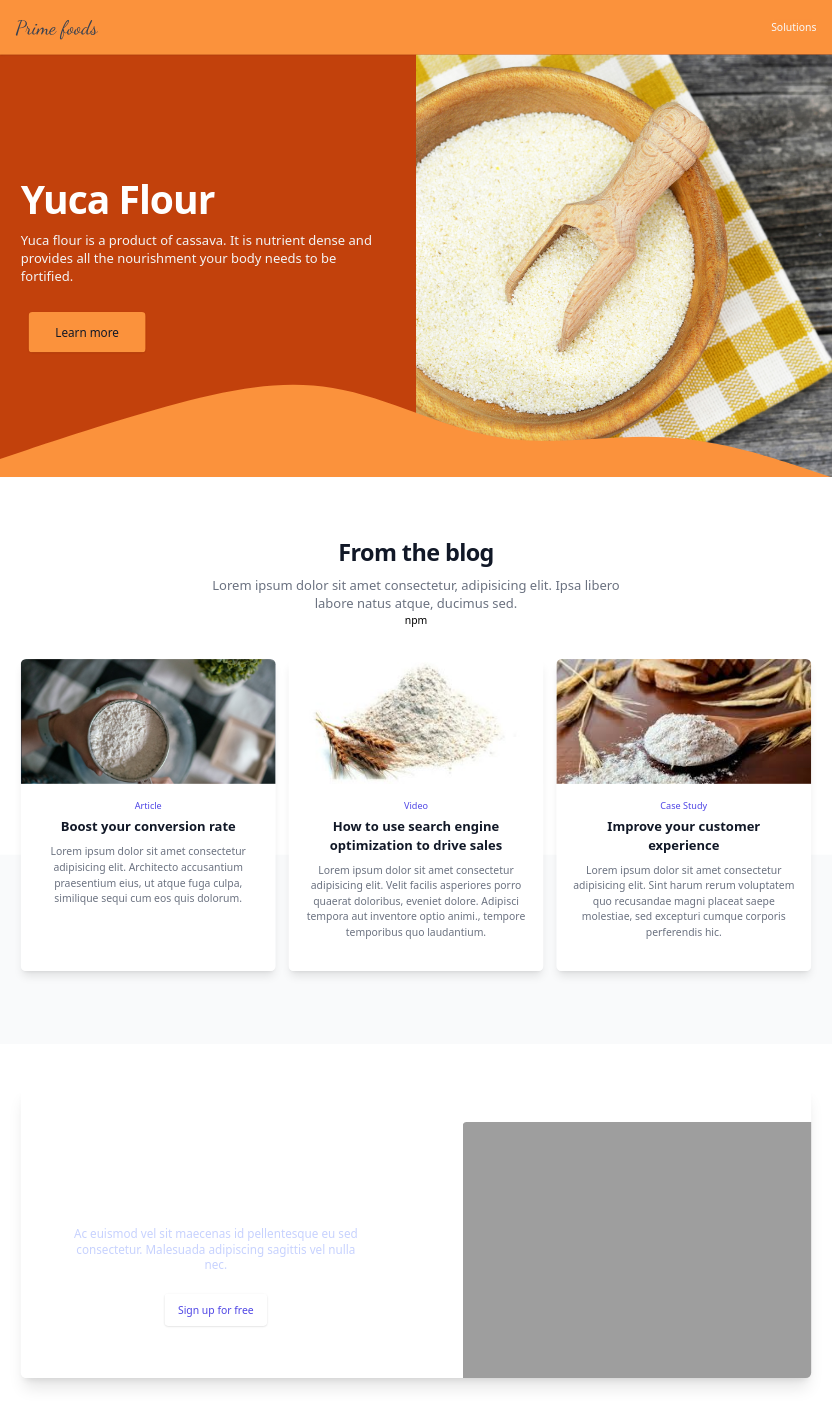
Repository: bellatrick/prime-foods
Page: /
An editor plug-in stored every save of this project. The page is shown before and after a run of saves, followed by the edit.
The browser window is 1280 px wide. The pictures show the whole page, at 65% of full size.
Pictures or frames that could not be fetched are drawn as grey boxes. Some web fonts or font styles are not loaded; a fallback is used. The project was rebuilt for these pictures with package versions that can differ from the ones it lists, and the page was loaded fresh each time. A package was used in the major version that the imports need, not the one package.json lists.

Above is the page before, as saved 2022-04-30 20:01:42.

After the next 2 saves:
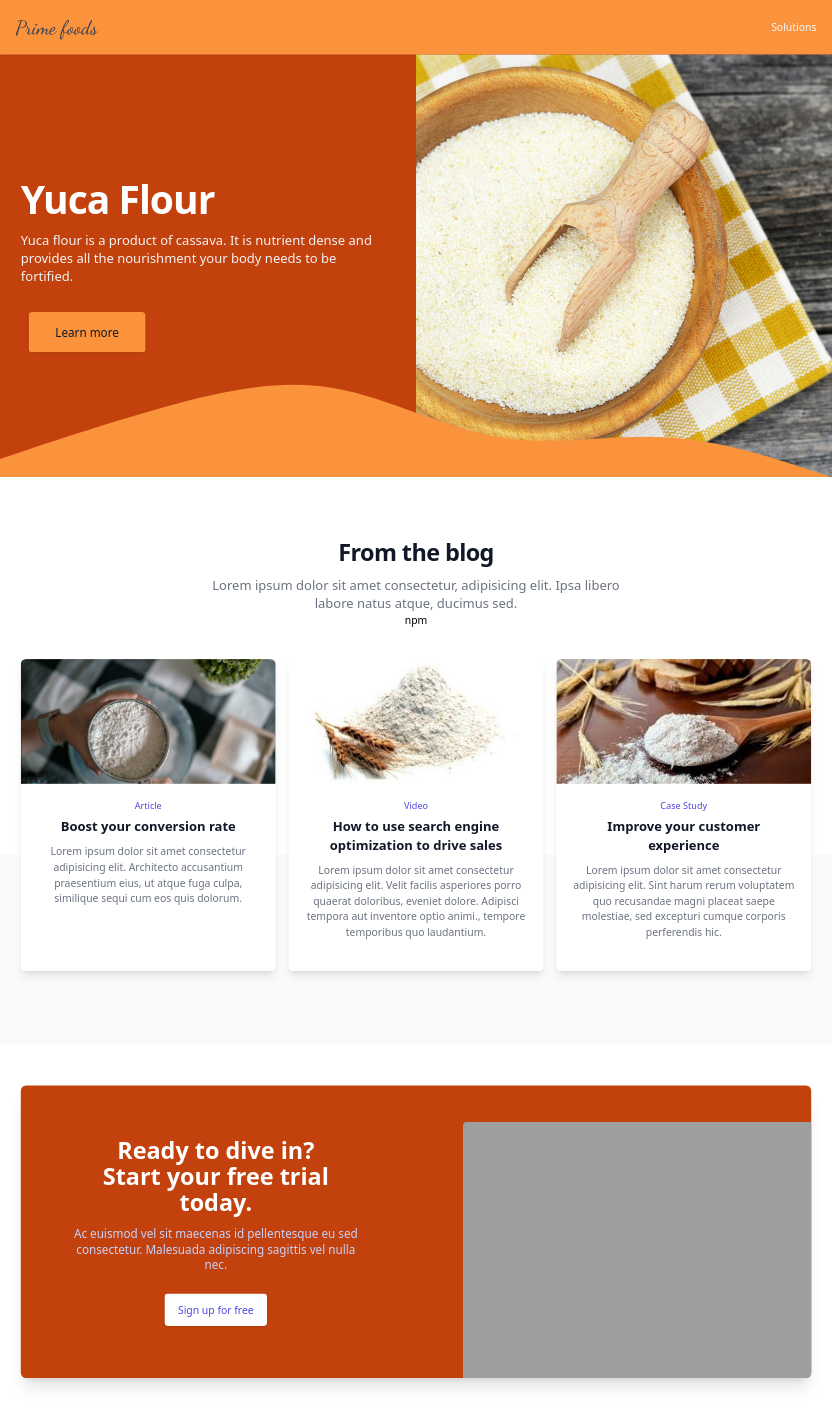
The 2 saves are shown as one change because they came seconds apart.
The last was saved 6 s later.
--- a/src/components/Cta.jsx
+++ b/src/components/Cta.jsx
@@ -3,7 +3,7 @@
     return (
       <div className="bg-white">
         <div className="max-w-7xl mx-auto py-16 px-4 sm:px-6 lg:px-8">
-          <div className="bg-ind-700 rounded-lg shadow-xl overflow-hidden lg:grid lg:grid-cols-2 lg:gap-4">
+          <div className="bg-orange-700 rounded-lg shadow-xl overflow-hidden lg:grid lg:grid-cols-2 lg:gap-4">
             <div className="pt-10 pb-12 px-6 sm:pt-16 sm:px-16 lg:py-16 lg:pr-0 xl:py-20 xl:px-20">
               <div className="lg:self-center">
                 <h2 className="text-3xl font-extrabold text-white sm:text-4xl">
